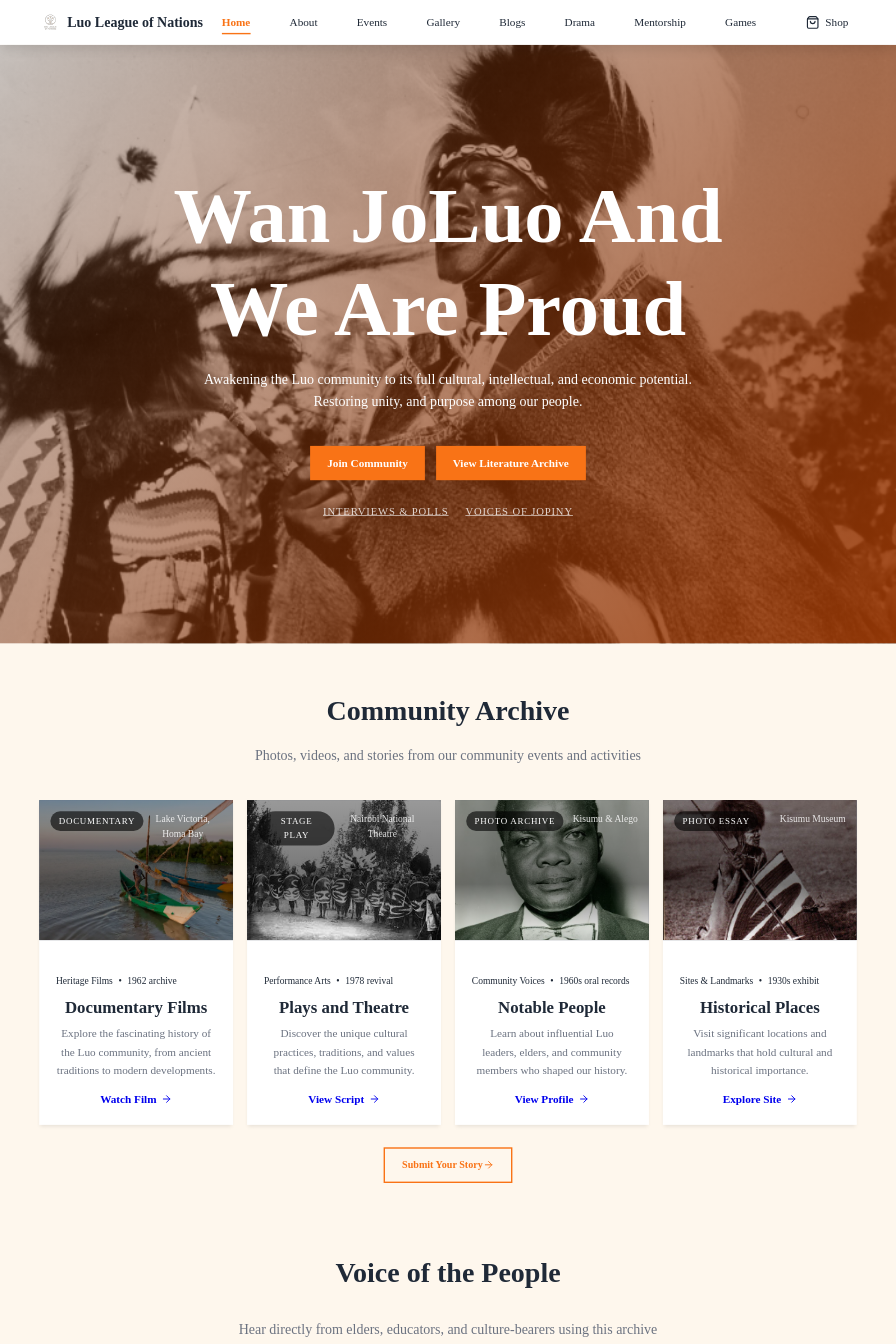
Repository: ianfranko/luo-community-history
Page: /
These files come from the project's save history. The page is drawn as it stood at one moment and after the next save; the edit follows.
The browser window is 1280 px wide. The pictures show the part of the page from y = 0 to 1920 px (the page is 4207 px tall before and 4169 px after), at 70% of full size.
The project was rebuilt for these pictures with package versions that can differ from the ones it lists, and the page was loaded fresh each time. The framework's server and built-in components were replaced by stand-ins that run in the browser. Also part of the build but not shown: next.config.ts.

Above is the page before, as saved 2025-11-23 12:30:29.

### src/app/layout.tsx
import type { Metadata } from "next";
import { Geist, Geist_Mono } from "next/font/google";
import "./globals.css";
import Layout from "@/components/Layout";

const geistSans = Geist({
  variable: "--font-geist-sans",
  subsets: ["latin"],
});

const geistMono = Geist_Mono({
  variable: "--font-geist-mono",
  subsets: ["latin"],
});

export const metadata: Metadata = {
  title: "Luo League of Nations",
  description: "Preserving and sharing the rich cultural heritage and history of the Luo people",
  icons: {
    icon: "/LLNLOGO.svg",
    shortcut: "/LLNLOGO.svg",
    apple: "/LLNLOGO.svg",
  },
};

export default function RootLayout({
  children,
}: Readonly<{
  children: React.ReactNode;
}>) {
  return (
    <html lang="en">
      <body
        className={`${geistSans.variable} ${geistMono.variable} antialiased`}
      >
        <Layout>{children}</Layout>
      </body>
    </html>
  );
}

### src/app/globals.css
/* Reset and base styles */
* {
  margin: 0;
  padding: 0;
  box-sizing: border-box;
}

:root {
  --primary-color: #f97316;
  --secondary-color: #eab308;
  --accent-color: #ea580c;
  --text-dark: #1f2937;
  --text-light: #6b7280;
  --bg-light: #fef7ed;
  --bg-white: #ffffff;
  --border-color: #e5e7eb;
  --shadow: 0 4px 6px -1px rgba(0, 0, 0, 0.1);
  --shadow-lg: 0 10px 15px -3px rgba(0, 0, 0, 0.1);
  --font-sans: var(--font-geist-sans), system-ui, -apple-system, sans-serif;
  --font-mono: var(--font-geist-mono), 'Courier New', monospace;

  /* New Colors */
  --forest-green: #2E7D32;
  --lake-blue: #0277BD;
  --cream: #F5F5DC;
}

body {
  font-family: var(--font-sans);
  line-height: 1.6;
  color: var(--text-dark);
  background-color: var(--bg-light);
}

/* Utility classes */
.container {
  max-width: 1200px;
  margin: 0 auto;
  padding: 0 1rem;
}

.flex {
  display: flex;
}

.flex-col {
  flex-direction: column;
}

.items-center {
  align-items: center;
}

.justify-center {
  justify-content: center;
}

.justify-between {
  justify-content: space-between;
}

.text-center {
  text-align: center;
}

.grid {
  display: grid;
}

.grid-cols-1 {
  grid-template-columns: repeat(1, minmax(0, 1fr));
}

.grid-cols-2 {
  grid-template-columns: repeat(2, minmax(0, 1fr));
}

.grid-cols-3 {
  grid-template-columns: repeat(3, minmax(0, 1fr));
}

.gap-2 {
  gap: 0.5rem;
}

.gap-4 {
  gap: 1rem;
}

.gap-6 {
  gap: 1.5rem;
}

.gap-8 {
  gap: 2rem;
}

.space-y-4 > * + * {
  margin-top: 1rem;
}

.space-y-6 > * + * {
  margin-top: 1.5rem;
}

.space-y-8 > * + * {
  margin-top: 2rem;
}

/* Typography */
.text-sm {
  font-size: 0.875rem;
}

.text-base {
  font-size: 1rem;
}

.text-lg {
  font-size: 1.125rem;
}

.text-xl {
  font-size: 1.25rem;
}

.text-2xl {
  font-size: 1.5rem;
}

.text-3xl {
  font-size: 1.875rem;
}

.text-4xl {
  font-size: 2.25rem;
}

.text-5xl {
  font-size: 7rem;
}

.font-semibold {
  font-weight: 600;
}

.font-bold {
  font-weight: 700;
}

/* Colors */
.text-primary {
  color: var(--primary-color);
}

.text-secondary {
  color: var(--secondary-color);
}

.text-gray-600 {
  color: var(--text-light);
}

.text-gray-700 {
  color: #374151;
}

.text-gray-800 {
  color: #1f2937;
}

.text-white {
  color: white;
}

.bg-primary {
  background-color: var(--primary-color);
}

.bg-secondary {
  background-color: var(--secondary-color);
}

.bg-white {
  background-color: var(--bg-white);
}

.bg-gradient {
  background: linear-gradient(135deg, var(--primary-color), var(--secondary-color));
}

/* New Color Utilities */
.text-forest-green {
  color: var(--forest-green);
}

.text-lake-blue {
  color: var(--lake-blue);
}

.bg-forest-green {
  background-color: var(--forest-green);
}

.bg-lake-blue {
  background-color: var(--lake-blue);
}

.bg-cream {
  background-color: var(--cream);
}

.border-forest-green {
  border-color: var(--forest-green);
}

.border-lake-blue {
  border-color: var(--lake-blue);
}

/* Spacing */
.p-4 {
  padding: 1rem;
}

.p-6 {
  padding: 1.5rem;
}

.p-8 {
  padding: 2rem;
}

.py-4 {
  padding-top: 1rem;
  padding-bottom: 1rem;
}

.py-8 {
  padding-top: 2rem;
  padding-bottom: 2rem;
}

.py-12 {
  padding-top: 3rem;
  padding-bottom: 3rem;
}

.py-16 {
  padding-top: 4rem;
  padding-bottom: 4rem;
}

.px-4 {
  padding-left: 1rem;
  padding-right: 1rem;
}

.px-6 {
  padding-left: 1.5rem;
  padding-right: 1.5rem;
}

.m-4 {
  margin: 1rem;
}

.mb-4 {
  margin-bottom: 1rem;
}

.mb-6 {
  margin-bottom: 1.5rem;
}

.mb-8 {
  margin-bottom: 2rem;
}

.mt-8 {
  margin-top: 2rem;
}

/* Border and shadow */
.rounded {
  border-radius: 0.25rem;
}

.rounded-lg {
  border-radius: 0.5rem;
}

.rounded-xl {
  border-radius: 0.75rem;
}

.shadow {
  box-shadow: var(--shadow);
}

.shadow-lg {
  box-shadow: var(--shadow-lg);
}

.border {
  border: 1px solid var(--border-color);
}

/* Button styles */
.btn {
  display: inline-flex;
  align-items: center;
  justify-content: center;
  padding: 0.75rem 1.5rem;
  border-radius: 0rem;
  font-weight: 600;
  text-decoration: none;
  transition: all 0.2s ease;
  cursor: pointer;
  border: none;
}

.btn-primary {
  background-color: var(--primary-color);
  color: white;
}

.btn-primary:hover {
  background-color: var(--accent-color);
  transform: translateY(-1px);
}

.btn-secondary {
  background-color: var(--secondary-color);
  color: white;
}

.btn-secondary:hover {
  background-color: #ca8a04;
  transform: translateY(-1px);
}

.btn-outline {
  background-color: transparent;
  color: var(--primary-color);
  border: 2px solid var(--primary-color);
}

.btn-outline:hover {
  background-color: var(--primary-color);
  color: white;
}

/* Card styles */
.card {
  background-color: var(--bg-white);
  border-radius: 0rem;
  box-shadow: var(--shadow);
  overflow: hidden;
  transition: transform 0.2s ease, box-shadow 0.2s ease;
}

.card:hover {
  transform: translateY(-2px);
  box-shadow: var(--shadow-lg);
}

.card-body {
  padding: 1.5rem;
}

.card-title {
  font-size: 1.25rem;
  font-weight: 600;
  margin-bottom: 0.5rem;
}

.card-text {
  color: var(--text-light);
  line-height: 1.6;
}

/* Responsive design */
@media (min-width: 768px) {
  .md\:grid-cols-2 {
    grid-template-columns: repeat(2, minmax(0, 1fr));
  }

  .md\:grid-cols-3 {
    grid-template-columns: repeat(3, minmax(0, 1fr));
  }

  .md\:flex {
    display: flex;
  }

  .md\:flex-row {
    flex-direction: row;
  }

  .md\:justify-center {
    justify-content: center;
  }

  .md\:gap-4 {
    gap: 1rem;
  }

  .md\:flex-wrap {
    flex-wrap: wrap;
  }

  .md\:text-left {
    text-align: left;
  }

  .md\:px-6 {
    padding-left: 1.5rem;
    padding-right: 1.5rem;
  }

  .md\:py-16 {
    padding-top: 4rem;
    padding-bottom: 4rem;
  }
}

@media (min-width: 1024px) {
  .lg\:grid-cols-3 {
    grid-template-columns: repeat(3, minmax(0, 1fr));
  }

  .lg\:grid-cols-4 {
    grid-template-columns: repeat(4, minmax(0, 1fr));
  }

  .lg\:px-8 {
    padding-left: 2rem;
    padding-right: 2rem;
  }

  .lg\:py-20 {
    padding-top: 5rem;
    padding-bottom: 5rem;
  }
}

/* Hero section styles */
.hero {
  background: linear-gradient(135deg, rgba(51, 23, 3, 0.2), rgba(156, 56, 3, 0.9)),
              url('/COLLECTIE_TROPENMUSEUM_Luo_dansers_in_krijgskostuum_tijdens_de_Eldoret_Agricultural_Show_TMnr_20014318.jpg') center/cover no-repeat;
  color: white;
  padding: 11rem 0rem; /* base padding for desktop */
  position: relative;
  overflow: hidden;
}

.hero::before {
  content: '';
  position: absolute;
  inset: 0;
  background:
    rgba(0, 0, 0, 0.85),
    url("data:[embedded picture, 296 characters]");
  background-size: cover;
  pointer-events: none;
  z-index: 1;
}

.hero > * {
  position: relative;
  z-index: 2;
}

.hero-content {
  position: relative;
  z-index: 1;
  max-width: 900px;
  margin: 0 auto;
  text-align: center;
}

/* Scalable heading and text */
.hero-content h1 {
  font-weight: 700;
  line-height: 1.2;
  margin-bottom: 1rem;
}

.hero-content p {
  line-height: 1.6;
  margin-bottom: 2rem;
}

/* Mobile-specific adjustments */
@media (max-width: 767px) {
  .hero {
    padding: 6rem 1rem;
  }

  .hero-content {
    text-align: center;
  }

  .hero-content h1 {
    font-size: clamp(1.5rem, 6vw, 3rem);
  }

  .hero-content p {
    font-size: clamp(0.9rem, 4vw, 1.1rem);
  }
}


/* Search styles */
.search-container {
  position: relative;
  max-width: 500px;
  margin: 0 auto;
}

.search-input {
  width: 100%;
  padding: 1rem 1.5rem;
  border-radius: 2rem;
  border: none;
  background-color: rgba(255, 255, 255, 0.9);
  font-size: 1rem;
  outline: none;
  transition: all 0.2s ease;
}

.search-input:focus {
  background-color: white;
  box-shadow: 0 0 0 3px rgba(249, 115, 22, 0.3);
}

.search-button {
  position: absolute;
  right: 0.5rem;
  top: 50%;
  transform: translateY(-50%);
  background-color: var(--primary-color);
  border: none;
  border-radius: 50%;
  width: 2.5rem;
  height: 2.5rem;
  display: flex;
  align-items: center;
  justify-content: center;
  cursor: pointer;
  transition: background-color 0.2s ease;
}

.search-button:hover {
  background-color: var(--accent-color);
}

/* Section styles */
.section {
  padding: 4rem 0;
}

.section-title {
  font-size: 2.5rem;
  font-weight: 700;
  text-align: center;
  margin-bottom: 1rem;
  color: var(--text-dark);
}

.section-subtitle {
  font-size: 1.25rem;
  text-align: center;
  color: var(--text-light);
  margin-bottom: 3rem;
  max-width: 600px;
  margin-left: auto;
  margin-right: auto;
}

.cta-card {
  background: rgba(255, 255, 255, 0.08);
  border: 1px solid rgba(255, 255, 255, 0.2);
  border-radius: 20px;
  padding: 2rem;
  backdrop-filter: blur(12px);
  box-shadow: 0 25px 45px rgba(0, 0, 0, 0.25);
  color: white;
  text-align: left;
}

.cta-card-orange {
  background: linear-gradient(135deg, rgba(249, 116, 22, 0.551), rgba(234, 88, 12, 0.85));
  backdrop-filter: blur(10px);
  color: white;
  border-radius: 16px;
  box-shadow: 0 10px 25px rgba(0,0,0,0.25);
}



.cta-stat {
  font-size: clamp(2.5rem, 4vw, 3.5rem);
  font-weight: 700;
  line-height: 1;
}

.cta-label {
  margin-top: 0.75rem;
  font-size: 0.95rem;
  letter-spacing: 0.12em;
  text-transform: uppercase;
  color: rgba(255, 255, 255, 0.85);
}

.cta-body {
  margin-top: 1rem;
  font-size: 1.05rem;
  line-height: 1.6;
  color: rgba(255, 255, 255, 0.95);
}

/* Feature grid */
.feature-grid {
  display: grid;
  grid-template-columns: repeat(auto-fit, minmax(300px, 2fr));
  gap: 2rem;
  margin-top: 3rem;
}

.feature-card {
  background-color: var(--bg-white);
  padding: 2rem;
  border-radius: 0rem;
  box-shadow: var(--shadow);
  text-align: center;
  transition: transform 0.2s ease, box-shadow 0.2s ease;
}

.feature-card:hover {
  transform: translateY(-4px);
  box-shadow: var(--shadow-lg);
}

.gallery-card-image {
  width: 100%;
  height: 200px;
  margin-bottom: 1.5rem;
  border-radius: 0rem;
  overflow: hidden;
  background-color: #0f172a;
  position: relative;
}

.feature-icon {
  width: 4rem;
  height: 4rem;
  background: var(--bg-gradient);
  border-radius: 50%;
  display: flex;
  align-items: center;
  justify-content: center;
  margin: 0 auto 1.5rem;
  color: white;
}

.feature-title {
  font-size: 1.5rem;
  font-weight: 600;
  margin-bottom: 1rem;
  color: var(--text-dark);
}

.feature-description {
  color: var(--text-light);
  line-height: 1.6;
}

/* Testimonials grid */
.testimonial-grid {
  display: grid;
  grid-template-columns: repeat(auto-fit, minmax(280px, 1fr));
  gap: 1.5rem; /* slightly reduced for small screens */
  margin-top: 3rem;
  padding: 0 1rem;
}

.testimonial-card {
  background-color: var(--bg-white);
  padding: 1.5rem; /* reduced padding for mobile */
  border-radius: 0.5rem; /* slight rounding for touch-friendly */
  box-shadow: 0 6px 20px rgba(0,0,0,0.1);
  transition: transform 0.3s ease, box-shadow 0.3s ease;
  position: relative;
  overflow: hidden;
}

.testimonial-quote {
  font-size: clamp(0.95rem, 2.5vw, 1.1rem);
  line-height: 1.6;
  margin-bottom: 1rem;
}

.testimonial-author {
  margin-top: 0.5rem;
}

.author-name {
  font-weight: 600;
  color: var(--text-dark);
  font-size: clamp(0.9rem, 2vw, 1rem);
}

.author-title {
  font-size: clamp(0.8rem, 1.8vw, 0.9rem);
  color: var(--text-light);
}

/* Optional: reduce gap on very small devices */
@media (max-width: 480px) {
  .testimonial-grid {
    gap: 1rem;
  }

  .testimonial-card {
    padding: 1rem;
  }
}

/* Stats section */
/* ========================= */
/* STATS SECTION RESPONSIVE  */
/* ========================= */
.stats-grid {
  display: grid;
  grid-template-columns: repeat(auto-fit, minmax(180px, 1fr));
  gap: 1.5rem; /* smaller gap for mobile */
  margin-top: 3rem;
  padding: 0 1rem; /* ensure padding on small screens */
}

.stat-item {
  text-align: center;
  padding: 1rem 1.5rem; /* slightly smaller padding for mobile */
  background-color: var(--bg-white);
  border-radius: 0.5rem;
  box-shadow: var(--shadow);
  transition: transform 0.2s ease, box-shadow 0.2s ease;
}

.stat-item:hover {
  transform: translateY(-4px);
  box-shadow: var(--shadow-lg);
}

.stat-number {
  font-size: clamp(2rem, 5vw, 3rem); /* scales from mobile to desktop */
  font-weight: 700;
  color: var(--primary-color);
  display: block;
  line-height: 1.2;
}

.stat-label {
  font-size: clamp(0.9rem, 2.5vw, 1.1rem); /* scales nicely */
  color: var(--text-light);
  margin-top: 0.5rem;
}

/* Extra small devices adjustments */
@media (max-width: 480px) {
  .stats-grid {
    gap: 1rem;
  }

  .stat-item {
    padding: 0.75rem 1rem;
  }
}


/* Navigation styles */
.header-nav {
  display: none;
}

.desktop-nav-links {
  display: flex;
  gap: 2rem;
  align-items: center;
}

.menu-toggle {
  display: block;
}

.nav-link {
  color: var(--text-dark);
  text-decoration: none;
  font-weight: 500;
  transition: color 0.2s ease;
  display: flex;
  align-items: center;
  gap: 0.5rem;
  padding: 0.5rem 0.75rem;
  border-radius: 0.5rem;
  position: relative;
}

.nav-link:hover {
  color: var(--primary-color);
}

.nav-link-active {
  color: var(--primary-color);
  font-weight: 600;
}

.nav-link.nav-link-active::after {
  content: '';
  position: absolute;
  left: 0.75rem;
  right: 0.75rem;
  bottom: 0.25rem;
  height: 2px;
  background-color: var(--primary-color);
}

.nav-link-mobile.nav-link-active {
  color: var(--primary-color);
  font-weight: 600;
}

.nav-link-mobile {
  display: flex;
  align-items: center;
  gap: 0.5rem;
  padding: 0.75rem;
  color: var(--text-dark);
  text-decoration: none;
  border-radius: 0.5rem;
  transition: color 0.2s ease;
}

.nav-link-mobile:hover {
  color: var(--primary-color);
}

.mobile-nav {
  width: 100%;
  background-color: var(--bg-white);
  border-top: 1px solid var(--border-color);
  box-shadow: var(--shadow);
  animation: mobileNavReveal 0.2s ease;
}

@keyframes mobileNavReveal {
  from {
    opacity: 0;
    transform: translateY(-8px);
  }
  to {
    opacity: 1;
    transform: translateY(0);
  }
}

@media (min-width: 768px) {
  .header-nav {
    display: flex;
  }

  .menu-toggle {
    display: none;
  }

  .mobile-nav {
    display: none;
  }
}

/* Footer styles */
.footer {
  background-color: var(--text-dark);
  color: white;
  padding: 3rem 0 1rem;
}

.footer-content {
  display: grid;
  grid-template-columns: repeat(auto-fit, minmax(250px, 1fr));
  gap: 2rem;
  margin-bottom: 2rem;
}

.footer-section h3 {
  font-size: 1.25rem;
  font-weight: 600;
  margin-bottom: 1rem;
}

.footer-section ul {
  list-style: none;
}

.footer-section li {
  margin-bottom: 0.5rem;
}

.footer-section a {
  color: #9ca3af;
  text-decoration: none;
  transition: color 0.2s ease;
}

.footer-section a:hover {
  color: var(--primary-color);
}

.footer-bottom {
  border-top: 1px solid #374151;
  padding-top: 1rem;
  text-align: center;
  color: #9ca3af;
}

### src/components/Layout.tsx
'use client'

import Link from 'next/link'
import Image from 'next/image'
import { useEffect, useState } from 'react'
import { Menu, X, ShoppingBag } from 'lucide-react'
import { usePathname } from 'next/navigation'

const navigation = [
  { name: 'Home', href: '/' },
  { name: 'About', href: '/about' },
  { name: 'Events', href: '/events' },
  { name: 'Gallery', href: '/Gallery' },
  { name: 'Blogs', href: '/BlogList' },
  { name: 'Drama', href: '/Drama' },
  { name: 'Mentorship', href: '/mentorship' },
  { name: 'Games', href: '/games' },
]

export default function Layout({ children }: { children: React.ReactNode }) {
  const [isMenuOpen, setIsMenuOpen] = useState(false)
  const pathname = usePathname()

  useEffect(() => {
    setIsMenuOpen(false)
  }, [pathname])

  useEffect(() => {
    if (!isMenuOpen) return

    const handleKeyDown = (event: KeyboardEvent) => {
      if (event.key === 'Escape') {
        setIsMenuOpen(false)
      }
    }

    window.addEventListener('keydown', handleKeyDown)
    return () => window.removeEventListener('keydown', handleKeyDown)
  }, [isMenuOpen])

  return (
    <div style={{ minHeight: '100vh', backgroundColor: 'var(--bg-light)' }}>
      {/* Header */}
      <header style={{
        backgroundColor: 'var(--bg-white)',
        boxShadow: 'var(--shadow-lg)',
        position: 'sticky',
        top: 0,
        zIndex: 50
      }}>
        <div className="container">
          <div style={{
            display: 'flex',
            justifyContent: 'space-between',
            alignItems: 'center',
            height: '4rem'
          }}>
            {/* Logo */}
            <Link
              href="/"
              style={{
                display: 'flex',
                alignItems: 'center',
                gap: '0.5rem',
                textDecoration: 'none',
              }}
            >
              <Image
                src="/LLNLOGO.svg"
                alt="Luo League of Nations Logo"
                width={32}
                height={32}
                style={{ objectFit: 'contain' }}
              />
              <span style={{ fontSize: '1.25rem', fontWeight: '700', color: 'var(--text-dark)' }}>
                Luo League of Nations
              </span>
            </Link>

            {/* Desktop Navigation */}
            <nav className="header-nav" aria-label="Primary navigation">
              <div className="desktop-nav-links">
                {navigation.map((item) => {
                  const isActive =
                    item.href === '/'
                      ? pathname === item.href
                      : pathname?.startsWith(item.href)

                  return (
                    <Link
                      key={item.name}
                      href={item.href}
                      className={`nav-link ${isActive ? 'nav-link-active' : ''}`}
                    >
                      <span>{item.name}</span>
                    </Link>
                  )
                })}
              </div>
            </nav>

            {/* Shop Merch Link */}
            <Link
              href="/shop"
              className="nav-link"
              style={{
                marginLeft: '2rem'
              }}
            >
              <ShoppingBag size={20} />
              <span className="shop-text">Shop</span>
            </Link>

            {/* Hamburger menu button */}
            <button
              className="menu-toggle"
              style={{
                padding: '0.5rem',
                color: 'var(--text-dark)',
                border: 'none',
                background: 'none',
                cursor: 'pointer'
              }}
              aria-label={isMenuOpen ? 'Close navigation menu' : 'Open navigation menu'}
              aria-expanded={isMenuOpen}
              aria-controls="mobile-nav"
              onClick={() => setIsMenuOpen(!isMenuOpen)}
            >
              {isMenuOpen ? <X size={24} /> : <Menu size={24} />}
            </button>
          </div>
        </div>

        {/* Navigation Dropdown */}
        {isMenuOpen && (
          <nav
            id="mobile-nav"
            aria-label="Mobile navigation"
            className="mobile-nav"
          >
            <div style={{
              padding: '1rem'
            }} className="flex flex-col gap-2 md:flex-row md:justify-center md:gap-4 md:flex-wrap">
              {navigation.map((item) => {
                const isActive =
                  item.href === '/'
                    ? pathname === item.href
                    : pathname?.startsWith(item.href)

                return (
                  <Link
                    key={item.name}
                    href={item.href}
                    className={`nav-link-mobile ${isActive ? 'nav-link-active' : ''}`}
                    onClick={() => setIsMenuOpen(false)}
                  >
                    <span>{item.name}</span>
                  </Link>
                )
              })}

              {/* Shop Merch in Mobile Nav */}
              <Link
                href="/shop"
                className="nav-link-mobile"
                onClick={() => setIsMenuOpen(false)}
              >
                <ShoppingBag size={20} />
                <span>Shop Merch</span>
              </Link>

            </div>
          </nav>
        )}
      </header>

      {/* Main Content */}
      <main style={{ flex: 1 }}>
        {children}
      </main>

      {/* Footer */}
      <footer className="footer">
        <div className="container">
          <div className="footer-content">
            <div className="footer-section">
              <div style={{ display: 'flex', alignItems: 'center', gap: '0.5rem', marginBottom: '1rem' }}>
                <Image
                  src="/lln.svg"
                  alt="Luo League of Nations Logo"
                  width={32}
                  height={32}
                  style={{ objectFit: 'contain' }}
                />
                <span style={{ fontSize: '1.25rem', fontWeight: '700' }}>Luo League of Nations</span>
              </div>
              <p style={{ color: '#9ca3af', marginBottom: '1rem' }}>
                Preserving and sharing the rich cultural heritage and history of the Luo people for future generations.
              </p>
            </div>

            <div className="footer-section">
              <h3>Quick Links</h3>
              <ul>
                <li><Link href="/culture">Culture</Link></li>
                <li><Link href="/people">Notable People</Link></li>
                <li><Link href="/places">Historical Places</Link></li>
                <li><Link href="/events">Events</Link></li>
                <li><Link href="/Gallery">Gallery</Link></li>
              </ul>
            </div>

            <div className="footer-section">
              <h3>Community</h3>
              <ul>
                <li><Link href="/about">About Us</Link></li>
                <li><Link href="/contact">Contact</Link></li>
              </ul>
            </div>
          </div>

          <div className="footer-bottom">
            <p>&copy; 2025 Luo League of Nations. All rights reserved.</p>
          </div>
        </div>
      </footer>


    </div>
  )
}

Loaded but not shown: src/app/page.tsx (490 lines, source omitted)

After the next save:
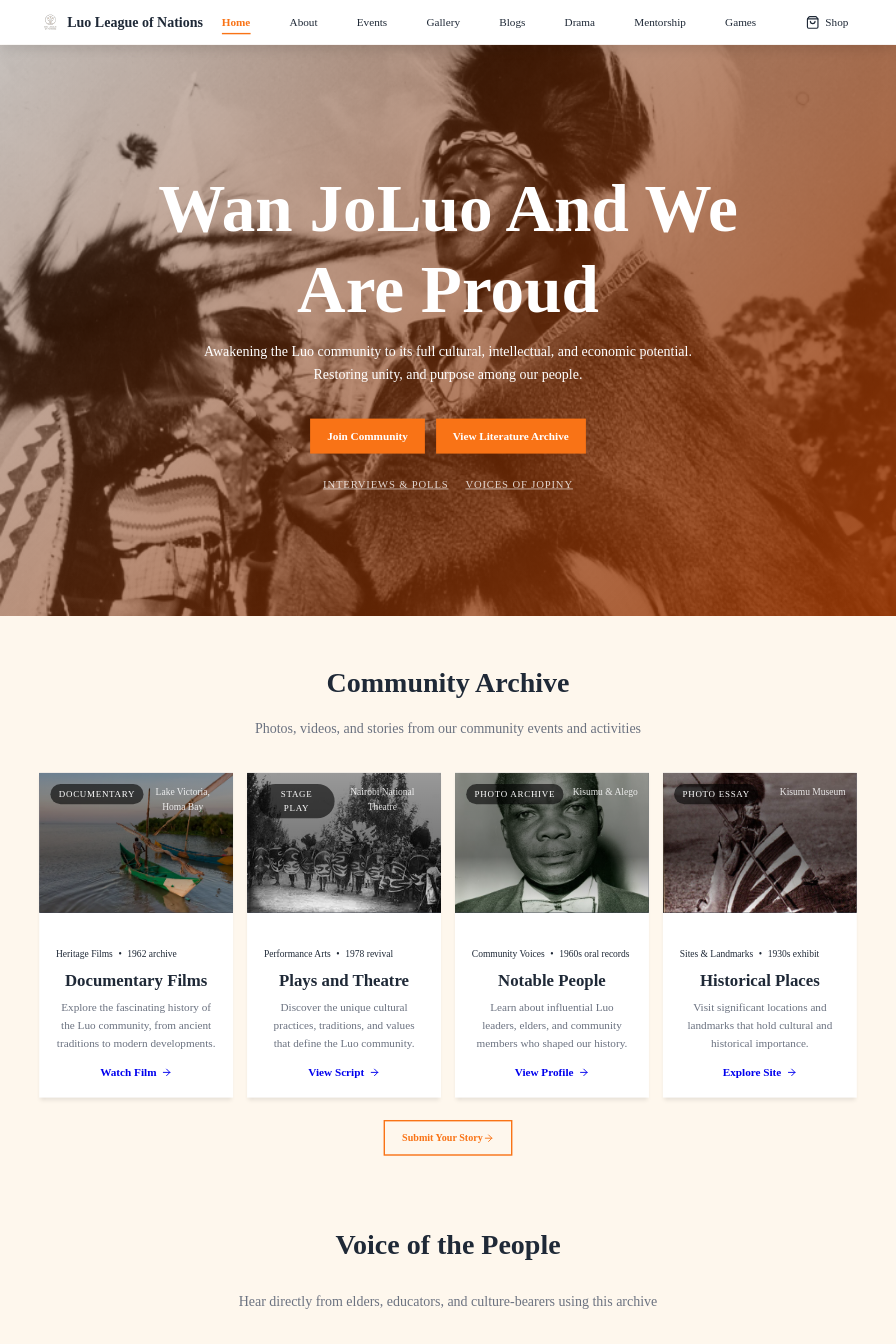
Saved 18 s later.
--- a/src/app/globals.css
+++ b/src/app/globals.css
@@ -137,7 +137,7 @@ body {
 }
 
 .text-5xl {
-  font-size: 7rem;
+  font-size: 6rem;
 }
 
 .font-semibold {
